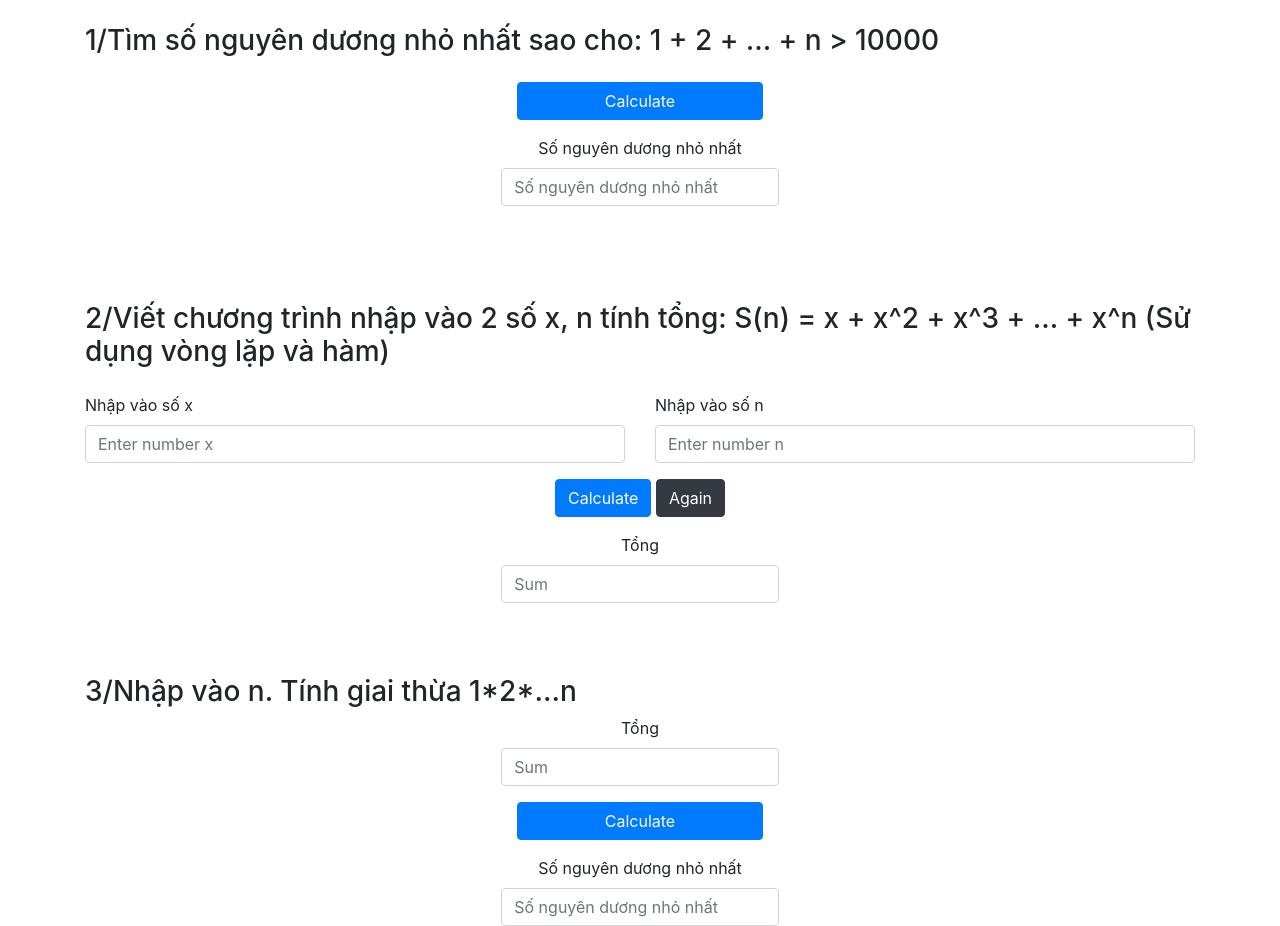
Repository: baobaodeveloper/bootcamp21__loop__HuynhAnhBao
Page: index.html
The author's editor kept a copy of each file at every save. The page is drawn from the files as they stood at one save, then again after the next save.
The browser window is 1280 px wide. The pictures show the whole page.

Above is the page before, as saved 2022-03-16 23:30:49.

### index.html
<!DOCTYPE html>
<html lang="en">
  <head>
    <title>Exercise Js</title>
    <!-- Required meta tags -->
    <meta charset="utf-8" />
    <meta
      name="viewport"
      content="width=device-width, initial-scale=1, shrink-to-fit=no"
    />

    <!-- Bootstrap CSS -->
    <link
      rel="stylesheet"
      href="https://stackpath.bootstrapcdn.com/bootstrap/4.3.1/css/bootstrap.min.css"
      integrity="sha384-ggOyR0iXCbMQv3Xipma34MD+dH/1fQ784/j6cY/iJTQUOhcWr7x9JvoRxT2MZw1T"
      crossorigin="anonymous"
    />
  </head>
  <body>
    <!--1/Tìm số nguyên dương nhỏ nhất sao cho:
    1 + 2 + … + n > 10000-->
    <div class="container mt-4">
      <h3>1/Tìm số nguyên dương nhỏ nhất sao cho: 1 + 2 + … + n > 10000</h3>
      <div class="mb-3 flex-md-column d-flex w-25 m-auto text-center">
        <button type="button" id="min-number" class="btn btn-primary m-3">
          Calculate
        </button>
        <label class="form-label">Số nguyên dương nhỏ nhất</label>
        <input
          type="text"
          class="form-control"
          id="result1"
          placeholder="Số nguyên dương nhỏ nhất"
        />
      </div>
    </div>

    <!--2/Viết chương trình nhập vào 2 số x, n tính tổng: S(n) = x + x^2 + x^3 + … + x^n (Sử
    dụng vòng lặp và hàm)-->
    <div class="container mt-5 pt-5">
      <h3>
        2/Viết chương trình nhập vào 2 số x, n tính tổng: S(n) = x + x^2 + x^3 +
        … + x^n (Sử dụng vòng lặp và hàm)
      </h3>
      <div class="row mt-4">
        <div class="col">
          <label class="form-label">Nhập vào số x</label>
          <input
            type="number"
            class="form-control"
            placeholder="Enter number x"
            id="number-x"
          />
        </div>
        <div class="col">
          <label class="form-label">Nhập vào số n</label>
          <input
            type="number"
            class="form-control"
            placeholder="Enter number n"
            id="number-n"
          />
        </div>
      </div>

      <div class="m-3 text-center">
        <button type="button" id="calculate-sum" class="btn btn-primary">
          Calculate
        </button>
        <button type="button" id="calculate-sum-again" class="btn btn-dark">
          Again
        </button>
      </div>

      <div class="w-25 m-auto text-center">
        <label class="form-label">Tổng</label>
        <input
          type="text"
          class="form-control"
          id="result2"
          placeholder="Sum"
        />
      </div>
    </div>

    <!--3/Nhập vào n. Tính giai thừa 1*2*...n-->
    <div class="container mt-4 pt-5">
      <h3>3/Nhập vào n. Tính giai thừa 1*2*...n</h3>
      <div class="w-25 m-auto text-center">
        <label class="form-label">Tổng</label>
        <input
          type="email"
          class="form-control"
          id="result2"
          placeholder="Sum"
        />
      </div>
      <div class="mb-3 flex-md-column d-flex w-25 m-auto text-center">
        <button type="button" id="min-number" class="btn btn-primary m-3">
          Calculate
        </button>
        <label class="form-label">Số nguyên dương nhỏ nhất</label>
        <input
          type="text"
          class="form-control"
          id="result1"
          placeholder="Số nguyên dương nhỏ nhất"
        />
      </div>
    </div>

    <!-- Optional JavaScript -->
    <!-- jQuery first, then Popper.js, then Bootstrap JS -->
    <script
      src="https://code.jquery.com/jquery-3.3.1.slim.min.js"
      integrity="sha384-q8i/X+965DzO0rT7abK41JStQIAqVgRVzpbzo5smXKp4YfRvH+8abtTE1Pi6jizo"
      crossorigin="anonymous"
    ></script>
    <script
      src="https://cdnjs.cloudflare.com/ajax/libs/popper.js/1.14.7/umd/popper.min.js"
      integrity="sha384-UO2eT0CpHqdSJQ6hJty5KVphtPhzWj9WO1clHTMGa3JDZwrnQq4sF86dIHNDz0W1"
      crossorigin="anonymous"
    ></script>
    <script
      src="https://stackpath.bootstrapcdn.com/bootstrap/4.3.1/js/bootstrap.min.js"
      integrity="sha384-JjSmVgyd0p3pXB1rRibZUAYoIIy6OrQ6VrjIEaFf/nJGzIxFDsf4x0xIM+B07jRM"
      crossorigin="anonymous"
    ></script>

    <!-- <script src="exercise1.js"></script> -->
    <script src="exercise2.js"></script>
  </body>
</html>

### exercise2.js
const numX = document.getElementById("number-x");
const numN = document.getElementById("number-n");
const result2 = document.getElementById("result2");
document.getElementById("calculate-sum").addEventListener("click", () => {
  if (numN.value && numX.value) {
    let numXValue = +numX.value;
    let numNValue = +numN.value;
    let sum = 0;
    for (let i = 1; i <= numNValue; i++) {
      sum += numXValue ** i;
    }

    result2.value = sum;
  }
});

document.getElementById("calculate-sum-again").addEventListener("click", () => {
  numX.value = "";
  numN.value = "";
  result2.value = "";
});

After the next save:
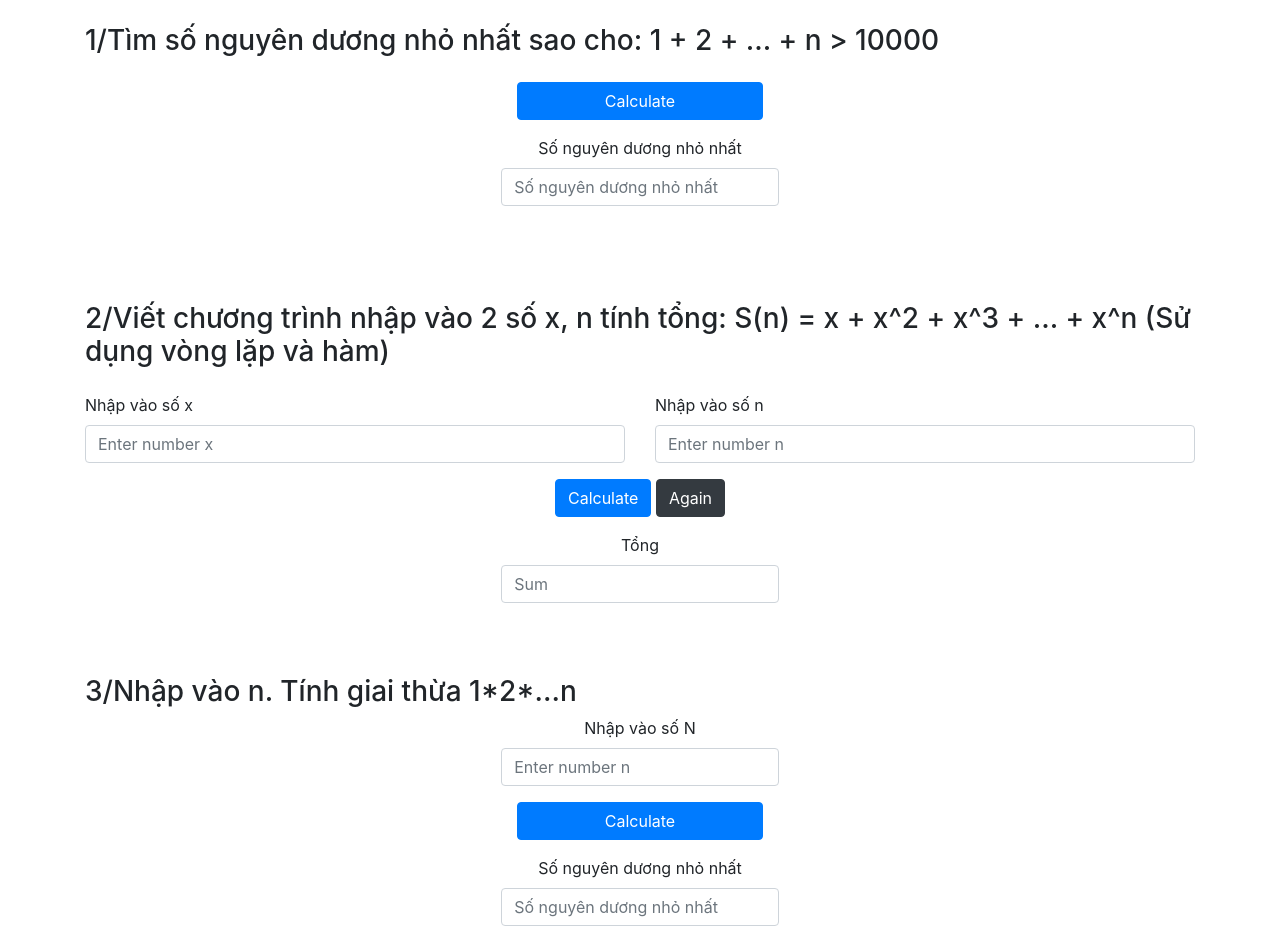
Saved 26 s later.
--- a/index.html
+++ b/index.html
@@ -88,12 +88,12 @@
     <div class="container mt-4 pt-5">
       <h3>3/Nhập vào n. Tính giai thừa 1*2*...n</h3>
       <div class="w-25 m-auto text-center">
-        <label class="form-label">Tổng</label>
+        <label class="form-label">Nhập vào số N</label>
         <input
           type="email"
           class="form-control"
           id="result2"
-          placeholder="Sum"
+          placeholder="Enter number n"
         />
       </div>
       <div class="mb-3 flex-md-column d-flex w-25 m-auto text-center">
